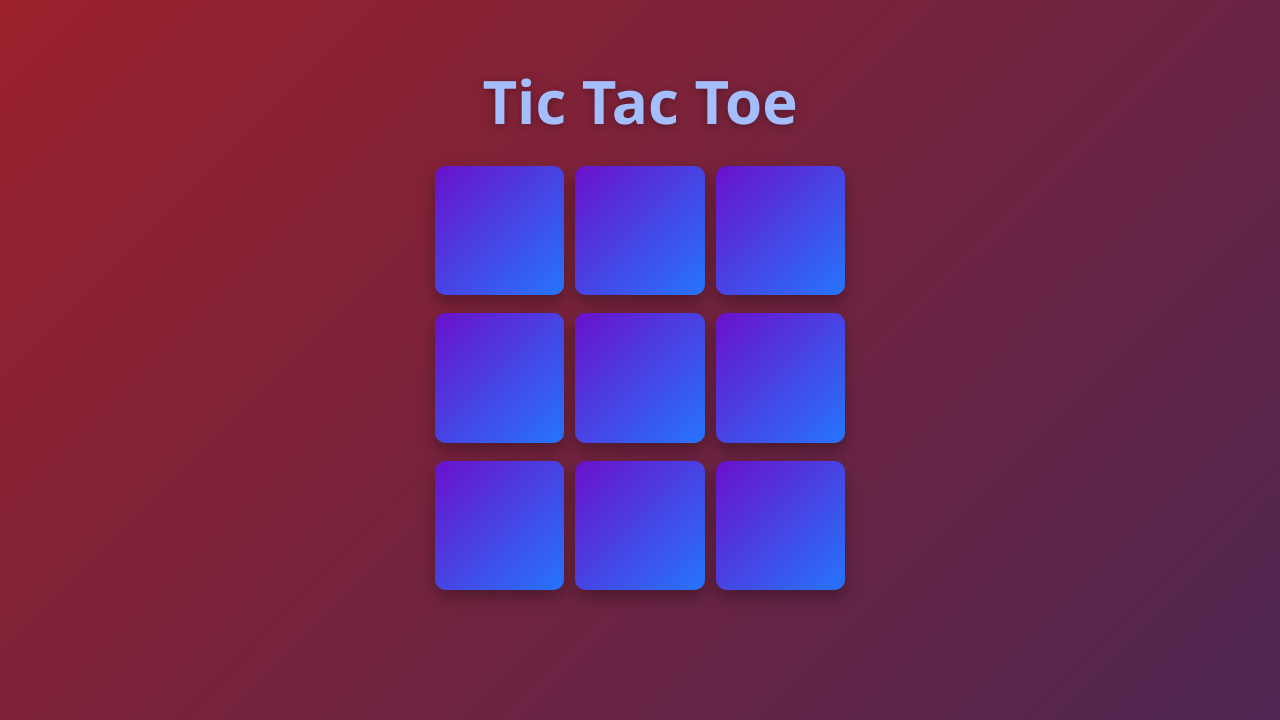
Repository: AreezAnsari/Tic-Tac-Toe
Page: Game/Game.html
These files come from the project's save history. The page is drawn as it stood at one moment and after the next save; the edit follows.
The browser window is 1280 px wide. The pictures show the whole page.

Above is the page before, as saved 2025-07-22 07:43:04.
Console error: TypeError: box.addEventListener is not a function

### Game/Game.html
<!DOCTYPE html>
<html lang="en">
<head>
    <meta charset="UTF-8">
    <meta name="viewport" content="width=device-width, initial-scale=1.0">
    <title>Document</title>
    <link rel="stylesheet" href="Game.css">
</head>
<body>

    <div class="msg-container hide">
        <p class="msg">Winner</p>
        <button class="new-btn">New Game</button>
    </div>    <main>
        <h1>Tic Tac Toe</h1>
    <div class="container">
        <div class="game">
        <button class="box"></button>
        <button class="box"></button>
        <button class="box"></button>
        <button class="box"></button>
        <button class="box"></button>
        <button class="box"></button>
        <button class="box"></button>
        <button class="box"></button>
        <button class="box"></button>
        </div>
        </div>
        <button class="reset-btn hide">Reset</button>
    </main>
    <script src="Game.js"></script>
</body>
</html>

### Game/Game.css
/* Reset and Base Styling */
* {
  margin: 0;
  padding: 0;
  box-sizing: border-box;
}

body {
  text-align: center;
  background: linear-gradient(135deg, #1a2a6c, #b21f1f, #1a2a6c);
  background-size: 400% 400%;
  animation: gradientBG 15s ease infinite;
  font-family: 'Segoe UI', Tahoma, Geneva, Verdana, sans-serif;
  min-height: 100vh;
  position: relative;
  padding-top: 60px;
  color: white;
}

@keyframes gradientBG {
  0% { background-position: 0% 50%; }
  50% { background-position: 100% 50%; }
  100% { background-position: 0% 50%; }
}

h1 {
  color: #A4BDFC;
  font-size: 60px;
  padding-bottom: 20px;
  text-shadow: 0 2px 10px rgba(0,0,0,0.3);
}

.container {
  display: flex;
  flex-direction: column;
  align-items: center;
  justify-content: center;
}

.game {
  height: 60vmin;
  width: 60vmin;
  gap: 1.5vmin;
  display: flex;
  flex-wrap: wrap;
  align-items: center;
  justify-content: center;
}

.box {
  color: #ffffff; /* White text */
  background: linear-gradient(135deg, #6a11cb, #2575fc); /* Vibrant purple to blue */
  height: 18vmin;
  width: 18vmin;
  font-weight: bold;
  font-size: clamp(2.5rem, 6.5vmin, 5rem); /* Responsive text */
  border: none;
  border-radius: 1.5vmin;
  box-shadow: 0 8px 16px rgba(0, 0, 0, 0.3);
  cursor: pointer;
  transition: transform 0.25s ease, background-color 0.3s ease;
  animation: popIn 0.4s ease;
}

.box:hover {
  background: linear-gradient(135deg, #8e2de2, #4a00e0); /* Brighter hover */
  transform: translateY(-3px);
  color: #f1c40f; /* Golden yellow on hover */
}

.box:active {
  transform: scale(0.97);
}

.reset-btn,
.new-btn {
  padding: 1vmin;
  font-size: 2.5vmin;
  font-weight: bold;
  background-color: black;
  color: white;
  border-radius: 1vmin;
  width: 20vmin;
  height: 7vmin;
  margin-top: 2vmin;
  cursor: pointer;
  transition: all 0.3s ease;
}

.reset-btn:hover,
.new-btn:hover {
  color: red;
  transform: translateY(-2px);
}

.reset-btn:active,
.new-btn:active {
  transform: scale(0.98);
}

.msg-container {
  position: fixed;
  top: 0;
  left: 50%;
  transform: translate(-50%, 0);
  padding: 16px 30px;
  background-color: rgba(0, 0, 0, 0.7);
  border-radius: 12px;
  backdrop-filter: blur(6px);
  box-shadow: 0 6px 20px rgba(0, 0, 0, 0.4);
  animation: slideDown 0.6s ease forwards;
  z-index: 9999;
  display: flex;
  flex-direction: column;
  align-items: center;
}

.msg {
  font-size: 5vmin;
  color: beige;
}

.hide {
  display: none;
}

.box.win {
  animation: pulse 1.5s infinite;
  background: #2ecc71;
  color: white;
}

/* Animations */
@keyframes pulse {
  0% { transform: scale(1); }
  50% { transform: scale(1.1); }
  100% { transform: scale(1); }
}

@keyframes slideDown {
  0% {
    opacity: 0;
    transform: translate(-50%, -100%);
  }
  100% {
    opacity: 1;
    transform: translate(-50%, 0);
  }
}

@keyframes popIn {
  0% {
    opacity: 0;
    transform: scale(0.6);
  }
  100% {
    opacity: 1;
    transform: scale(1);
  }
}

### Game/Game.js
let box = document.querySelectorAll(".box");
let button = document.querySelector("button");
let container = document.querySelector(".container");

let value = "X";

const btn = () => {
  if (value === "X") {
    button.innerHTML = "Y";
    Value = "Y";
  } else {
    button.innerText = "X";
    Value = "X";
  }
};

box.addEventListener("click", btn);

After the next save:
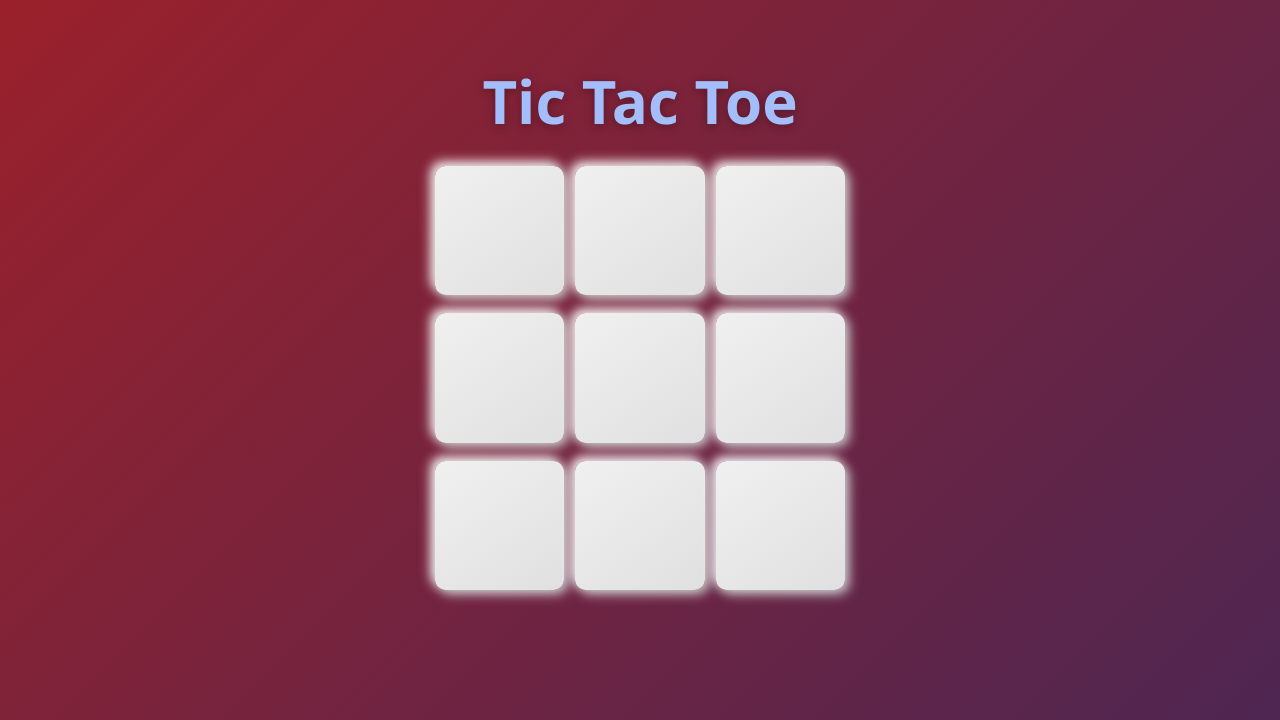
Saved 55 s later.
--- a/Game/Game.css
+++ b/Game/Game.css
@@ -48,28 +48,28 @@
 }
 
 .box {
-  color: #ffffff; /* White text */
-  background: linear-gradient(135deg, #6a11cb, #2575fc); /* Vibrant purple to blue */
+  color: #333; /* Dark text */
+  background: linear-gradient(145deg, #f0f0f0, #e0e0e0); /* Soft light grey gradient */
   height: 18vmin;
   width: 18vmin;
   font-weight: bold;
-  font-size: clamp(2.5rem, 6.5vmin, 5rem); /* Responsive text */
+  font-size: clamp(2.2rem, 6vmin, 4.5rem); /* Responsive size */
   border: none;
   border-radius: 1.5vmin;
-  box-shadow: 0 8px 16px rgba(0, 0, 0, 0.3);
+  box-shadow: 4px 4px 12px #c8c8c8, -4px -4px 12px #ffffff; /* Neumorphic effect */
   cursor: pointer;
-  transition: transform 0.25s ease, background-color 0.3s ease;
+  transition: all 0.25s ease;
   animation: popIn 0.4s ease;
 }
 
 .box:hover {
-  background: linear-gradient(135deg, #8e2de2, #4a00e0); /* Brighter hover */
-  transform: translateY(-3px);
-  color: #f1c40f; /* Golden yellow on hover */
+  background: linear-gradient(145deg, #ffffff, #dcdcdc); /* Lighter on hover */
+  color: #007acc; /* Soft blue text on hover */
+  transform: translateY(-4px);
 }
 
 .box:active {
-  transform: scale(0.97);
+  transform: scale(0.96);
 }
 
 .reset-btn,
